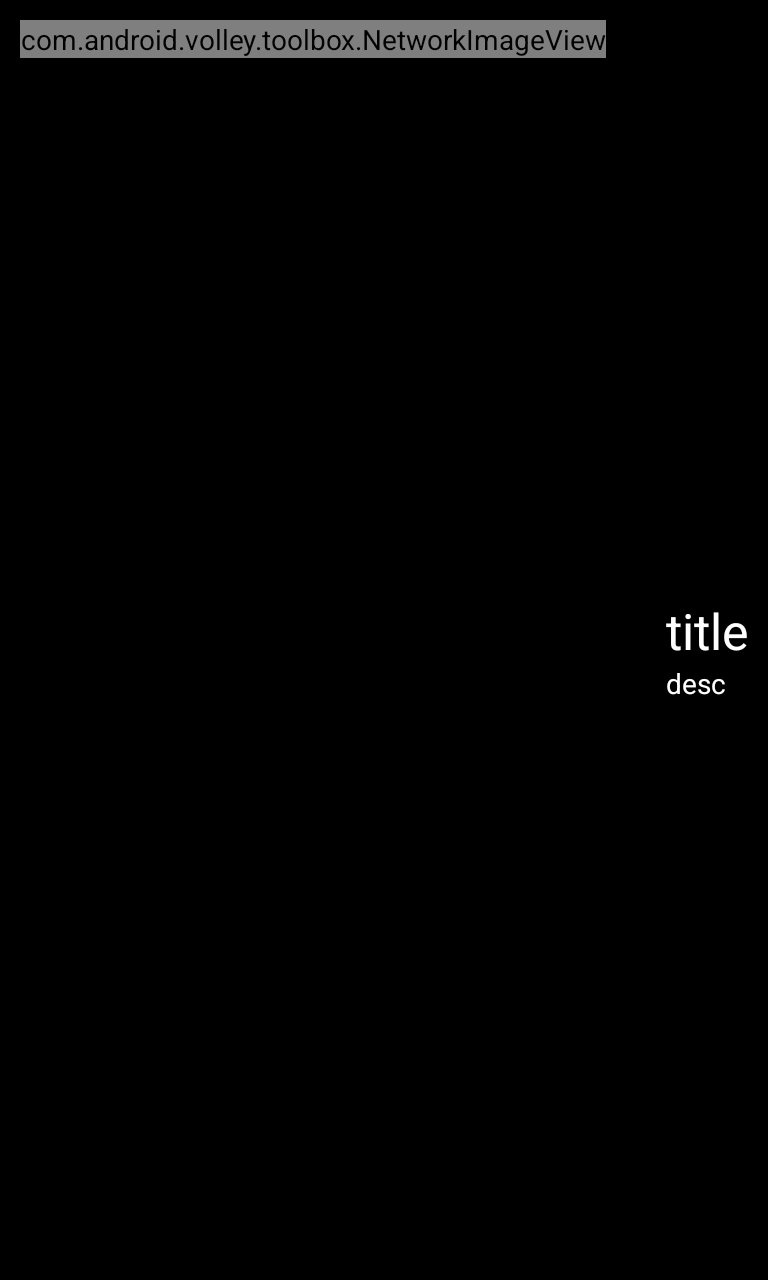
Repository: cnevinc/togather
Layout: GeorgeMe/res/layout/list_item_user.xml
The author's editor kept a copy of each file at every save. The layout is drawn from the files as they stood at one save, then again after the next save.
Pictures or frames that could not be fetched are drawn as grey boxes. It is drawn on a 768 x 1280 px phone screen (xhdpi) without system bars, with theme android:Theme.Holo; the app's code is not run.

Above is the layout before, as saved 2014-07-26 14:57:13.

After the next save:
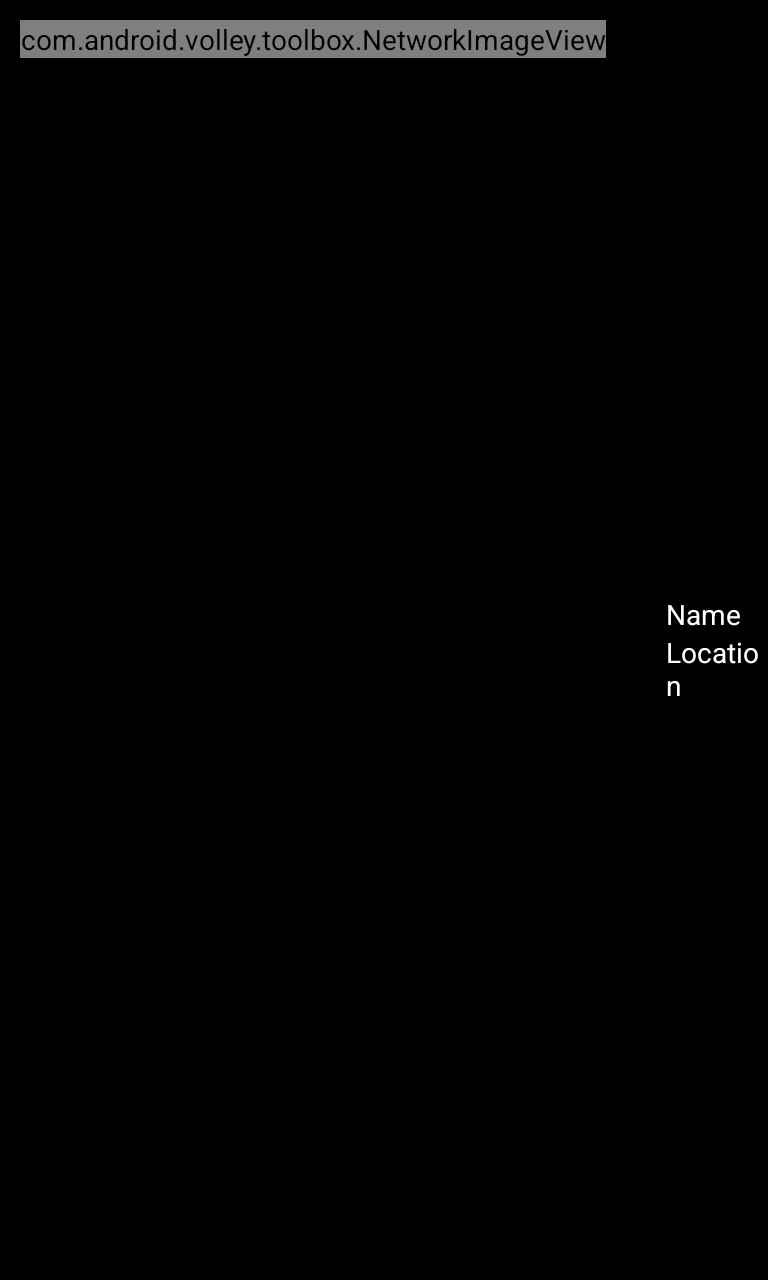
Saved 41 s later.
--- a/GeorgeMe/res/layout/list_item_user.xml
+++ b/GeorgeMe/res/layout/list_item_user.xml
@@ -15,7 +15,6 @@
             android:layout_height="wrap_content"
             android:layout_centerInParent="true"
             android:text="Name"
-            android:textSize="20sp"
             android:textColor="#ffffff" />
     </RelativeLayout>
 
@@ -30,7 +29,7 @@
 
         <com.android.volley.toolbox.NetworkImageView
             xmlns:app="http://schemas.android.com/apk/res-auto"
-            android:id="@+id/thumbail"
+            android:id="@+id/user_image"
             android:layout_width="wrap_content"
             android:layout_height="wrap_content"
             android:layout_marginLeft="10dp"
@@ -45,28 +44,27 @@
             android:layout_height="wrap_content"
             android:layout_centerInParent="true"
             android:layout_marginLeft="20dp"
-            android:layout_toRightOf="@+id/thumbail"
+            android:layout_toRightOf="@+id/user_image"
             android:gravity="center" >
 
             <!-- android:layout_alignParentTop="true" -->
 
             <TextView
-                android:id="@+id/title"
+                android:id="@+id/user_name"
                 android:layout_width="wrap_content"
                 android:layout_height="wrap_content"
                 android:layout_marginLeft="10dp"
                 android:layout_marginTop="10dp"
-                android:textSize="25sp"
-                android:text="title"
+                android:text="Name"
                 android:textColor="#ffffff" />
 
             <TextView
-                android:id="@+id/desc"
+                android:id="@+id/user_location"
                 android:layout_width="wrap_content"
                 android:layout_height="wrap_content"
-                android:layout_below="@+id/title"
+                android:layout_below="@+id/user_name"
                 android:layout_marginLeft="10dp"
-                android:text="desc"
+                android:text="Location"
                 android:textColor="#ffffff" />
         </RelativeLayout>
     </RelativeLayout>
